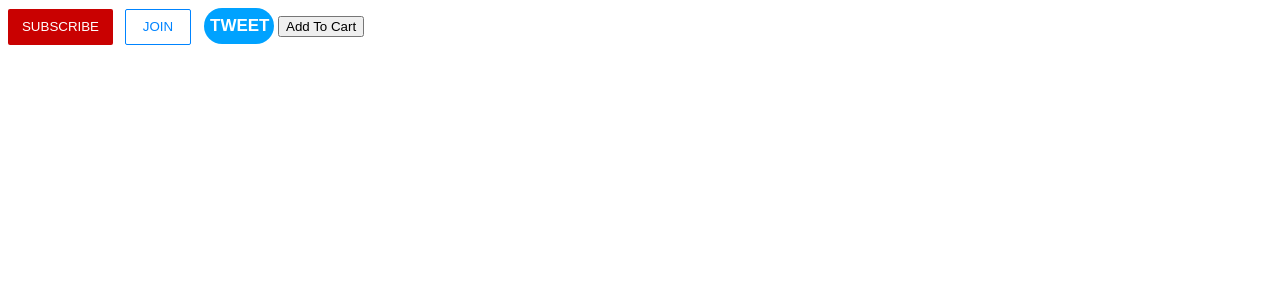
Repository: RagulRanjeeth/Frontend
Page: buttons.html
An editor plug-in stored every save of this project. The page is shown before and after the next save, followed by the edit.
The browser window is 1280 px wide. The pictures show the whole page.

Above is the page before, as saved 2026-01-19 17:15:00.

### buttons.html
<style>
    .subscrbeButton
    {
        background-color: rgb(201, 1, 1);
        color:white;
        border:none;
        height: 36px;
        width:105px;
        border-radius: 2px;
        cursor: pointer;
        margin-right: 8px;
        transition: opacity 0.1s,
    }

    .subscrbeButton:hover{
        opacity: 0.6;

    }

    .subscrbeButton:active{
        background-color:blue;
    }



    .join{
        background-color: white;
        color:rgb(0, 132, 255);
        border-color:rgb(0, 132, 255);
        border-style:solid;
        border-width: 1px;
        height: 36px;
        width:66px;
        border-radius: 2px;
        cursor: pointer;
        margin-right: 1px;
        transition: background-color 1s,
        color 1s;
    }

    .join:hover{
        background-color:rgb(1, 116, 223);
        color: white;

    }


    .join:active{
        opacity: 0.5;
    }


    .tweet{
        background-color: rgb(0, 162, 255);
        color: white;
        border:none;
        height: 36px;
        width: 70px;
        border-radius: 19px;
        font-weight: bold;
        font-size: 17px;
        margin-left: 8px;
        cursor: pointer;
        transition: background-color 1s,
        color 1s;

    }

    .tweet:hover{

          box-shadow: 1px 4px 5px rgba(0,0,0, 0.6);
    }

    .tweet:active{
       opacity: 0.5;
    }
</style>

<button class="subscrbeButton">SUBSCRIBE</button>

<button class="join">JOIN</button>

<button class="tweet">TWEET</button>

<button class="amazon">
    Add To Cart
</button>

After the next save:
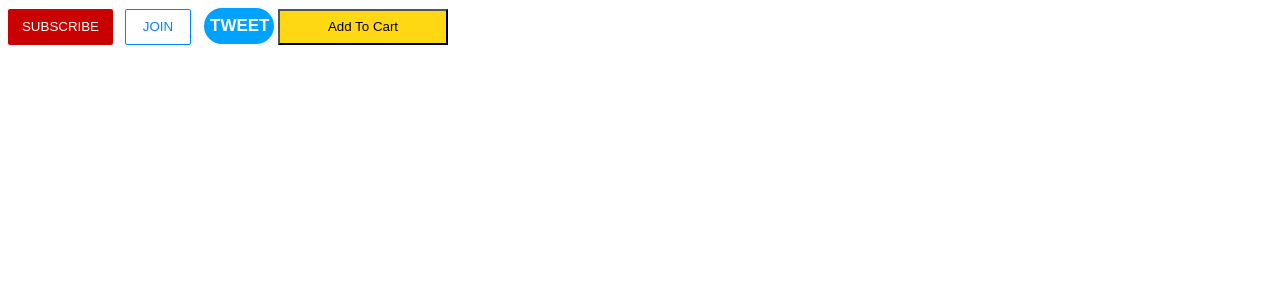
Saved 75 s later.
--- a/buttons.html
+++ b/buttons.html
@@ -74,6 +74,13 @@
     .tweet:active{
        opacity: 0.5;
     }
+
+    .amazon{
+        background-color: rgba(255, 216, 20);
+        color: black;
+        height: 36px;
+        width: 170px;
+    }
 </style>
 
 <button class="subscrbeButton">SUBSCRIBE</button>
